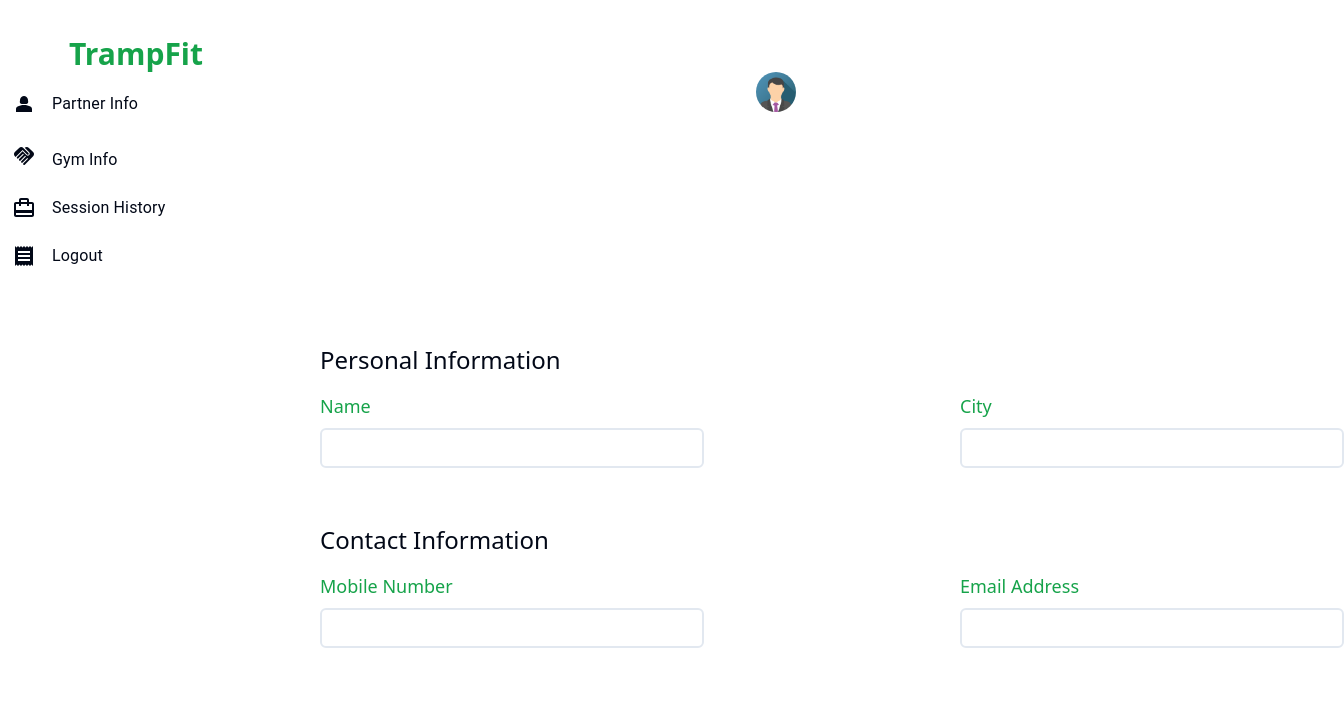
Repository: ezioxatul/TrampFit-Website
Page: /partner/partnerDashboard/partnerInfo (app in Frontend/)
The author's editor kept a copy of each file at every save. The page is drawn from the files as they stood at one save, then again after the next save.
The browser window is 1280 px wide. The page is 1344 px wide, so the pictures cover 1344 px, including what lies to the right of the window. The pictures show the whole page.
The project was rebuilt for these pictures with package versions that can differ from the ones it lists, and the page was loaded fresh each time. The framework's server and built-in components were replaced by stand-ins that run in the browser. Also part of the build but not shown: Frontend/next.config.js, Frontend/next.config.mjs, Frontend/components/Loader.js, Frontend/components/Popup.js.

Above is the page before, as saved 2024-05-16 17:51:50.

### Frontend/pages/_app.js
import Loader from "@/components/Loader";
import "@/styles/globals.css";
import { useRouter } from "next/router";
import { useEffect, useState } from "react";


const Loading = () => {

  return (
    <Loader/>
  );
}

export default function App({ Component, pageProps }) {

  const [loading, setLoading] = useState(false);
  const router = useRouter();

  useEffect(() => {
    const handleStart = () => setLoading(true);
    const handleComplete = () => setLoading(false);

    router.events.on('routeChangeStart', handleStart);
    router.events.on('routeChangeComplete', handleComplete);
    router.events.on('routeChangeError', handleComplete);

    return () => {
      router.events.off('routeChangeStart', handleStart);
      router.events.off('routeChangeComplete', handleComplete);
      router.events.off('routeChangeError', handleComplete);
    };
  }, []);

  return (
    <>
    <div className="h-2">
      {
        loading  &&
          <Loading />

      }
      </div>
          <Component {...pageProps} />

    </>
  );
}

### Frontend/pages/_document.js
import { Html, Head, Main, NextScript } from "next/document";

export default function Document() {
  return (
    <Html lang="en">
          <Head />
          <body>
            <Main />
            <NextScript />
          </body>
        </Html>
        );
}

### Frontend/pages/partner/partnerDashboard/partnerInfo.js
import PartnerSideBar from "@/components/PartnerSideBar";
import { Avatar } from "@mui/material";
import { Input } from "@/components/ui/input";
import { Label } from "@/components/ui/label";
import { useEffect, useState } from "react";
import { useRouter } from "next/router";
import { ToastContainer, toast } from "react-toastify";

export default function partnerInfo() {
    const inputClassName = "w-96 text-lg border-2";
    const labelClassName = "text-lg text-green-600 font-normal";
    const containerClassName = "ml-80";

    return (
        <>
            <div className="flex flex-col">
                <div className="flex">
                    <PartnerSideBar />
                        <Avatar className="w-36 mx-auto mt-16 h-36 text-6xl bg-black" src="/avtar.png" />
                </div>
                <div className="mt-3">
                    <h1 className={`${containerClassName} text-2xl mb-4`}>Personal Information</h1>
                    <div className={`${containerClassName} flex mb-10`}>
                        <div className="mr-32 space-y-2">
                            <Label htmlFor="name" className={labelClassName}>
                                Name
                            </Label>
                            <Input type="text" className={inputClassName} />
                        </div>
                        <div className="ml-32 space-y-2">
                            <Label htmlFor="city" className={labelClassName}>
                                City
                            </Label>
                            <Input type="text" className={inputClassName} />
                        </div>
                    </div>
                </div>
                <div>
                    <h1 className={`${containerClassName} text-2xl mb-4 mt-4`}>Contact Information</h1>
                    <div className={`${containerClassName} flex mb-10`}>
                        <div className="mr-32 space-y-2">
                            <Label htmlFor="name" className={labelClassName}>
                                Mobile Number
                            </Label>
                            <Input type="text" className={inputClassName} />
                        </div>
                        <div className="ml-32 space-y-2 mb-10">
                            <Label htmlFor="city" className={labelClassName}>
                                Email Address
                            </Label>
                            <Input type="text" className={inputClassName} />
                        </div>
                        <ToastContainer />
                    </div>
                </div>
            </div>
        </>
    );
}

### Frontend/styles/globals.css
@tailwind base;
@tailwind components;
@tailwind utilities;


@layer base {
  :root {
    --background: 0 0% 100%;
    --foreground: 222.2 84% 4.9%;

    --card: 0 0% 100%;
    --card-foreground: 222.2 84% 4.9%;

    --popover: 0 0% 100%;
    --popover-foreground: 222.2 84% 4.9%;

    --primary: 222.2 47.4% 11.2%;
    --primary-foreground: 210 40% 98%;

    --secondary: 210 40% 96.1%;
    --secondary-foreground: 222.2 47.4% 11.2%;

    --muted: 210 40% 96.1%;
    --muted-foreground: 215.4 16.3% 46.9%;

    --accent: 210 40% 96.1%;
    --accent-foreground: 222.2 47.4% 11.2%;

    --destructive: 0 84.2% 60.2%;
    --destructive-foreground: 210 40% 98%;

    --border: 214.3 31.8% 91.4%;
    --input: 214.3 31.8% 91.4%;
    --ring: 222.2 84% 4.9%;

    --radius: 0.5rem;
  }

  .dark {
    --background: 222.2 84% 4.9%;
    --foreground: 210 40% 98%;

    --card: 222.2 84% 4.9%;
    --card-foreground: 210 40% 98%;

    --popover: 222.2 84% 4.9%;
    --popover-foreground: 210 40% 98%;

    --primary: 210 40% 98%;
    --primary-foreground: 222.2 47.4% 11.2%;

    --secondary: 217.2 32.6% 17.5%;
    --secondary-foreground: 210 40% 98%;

    --muted: 217.2 32.6% 17.5%;
    --muted-foreground: 215 20.2% 65.1%;

    --accent: 217.2 32.6% 17.5%;
    --accent-foreground: 210 40% 98%;

    --destructive: 0 62.8% 30.6%;
    --destructive-foreground: 210 40% 98%;

    --border: 217.2 32.6% 17.5%;
    --input: 217.2 32.6% 17.5%;
    --ring: 212.7 26.8% 83.9%;
  }
}

@layer base {
  * {
    @apply border-border;
  }
  body {
    @apply bg-background text-foreground;
  }
}


.outline_remove:focus{


}
.focus-visible\:ring-offset-2:focus-visible{
  border:none !important;
  outline: none !important;
  border-style: none;
}

### Frontend/components/PartnerSideBar.js
import List from '@mui/material/List';
import ListItemButton from '@mui/material/ListItemButton';
import ListItemText from '@mui/material/ListItemText';
import Person2Icon from '@mui/icons-material/Person2';
import HandshakeIcon from '@mui/icons-material/Handshake';
import CardTravelIcon from '@mui/icons-material/CardTravel';
import ReceiptIcon from '@mui/icons-material/Receipt';
import LogoutIcon from '@mui/icons-material/Logout';

import { useState } from 'react';
import Link from 'next/link';
import Popup from './Popup';
import { useRouter } from 'next/router';

export default function PartnerSideBar() {

    let SideBarHeading = ['Partner Info', 'Gym Info', 'Session History', 'Logout'];

    let router = useRouter();
    let [start, setStart] = useState(false);

    const logout = () => {
        setStart(!start);
    }


    const logoutEvent = () => {
        localStorage.removeItem('partnerToken');
        setStart(false);
        router.push('/partner/partnerLogin')
    }
    return (
        <>
            <div className=" w-72  m-[-8px] p-1  mb-10">
                <Link href="#"><h1 className=' text-green-600 text-3xl font-semibold text-center mt-8 cursor-pointer'>TrampFit</h1></Link>

                <List className='bg-white mt-8 ml-6 space-y-2'>
                    {
                        SideBarHeading.map((text, index) => {
                            return (
                                index === 1 ?
                                    <>

                                        <ListItemButton className=' space-x-4 flex justify-between hover:bg-green-100 hover:rounded-2xl hover:text-green-600'>
                                            <Link href="#" className='flex space-x-4 '>
                                                <HandshakeIcon className='text-2xl' />
                                                <ListItemText primary={text} />
                                            </Link>
                                        </ListItemButton>

                                    </> :
                                    index === 0 ?
                                        <Link href="#">
                                            <ListItemButton className=' space-x-4 hover:bg-green-100 hover:rounded-2xl hover:text-green-600'>
                                                <Person2Icon className='text-2xl' />
                                                <ListItemText primary={text} />
                                            </ListItemButton>
                                        </Link> :
                                        index === 2 ?
                                            <Link href="#">
                                                <ListItemButton className=' space-x-4 hover:bg-green-100 hover:rounded-2xl hover:text-green-600'>
                                                    <CardTravelIcon className='text-2xl' />
                                                    <ListItemText primary={text} />
                                                </ListItemButton>
                                            </Link> :
                                            index === 3 ?
                                                <Link href="#">
                                                    <ListItemButton className=' space-x-4 hover:bg-green-100 hover:rounded-2xl hover:text-green-600'>
                                                        <ReceiptIcon className='text-2xl' />
                                                        <ListItemText primary={text} />
                                                    </ListItemButton>
                                                </Link> :
                                                <ListItemButton className=' space-x-4 hover:bg-green-100 hover:rounded-2xl hover:text-green-600' onClick={logout}>
                                                    <LogoutIcon className='text-2xl' />
                                                    <ListItemText primary={text} />
                                                    <Popup open={start} title={"Do you Really want to Logout?"} cancel="Cancel" logout="Logout" logoutEvent={logoutEvent} cancelEvent={logout} />
                                                </ListItemButton>
                            )
                        })
                    }
                </List>
            </div>
        </>
    );
}

### Frontend/tailwind.config.js
/** @type {import('tailwindcss').Config} */
module.exports = {
  darkMode: ["class"],
  content: [
    './pages/**/*.{js,jsx}',
    './components/**/*.{js,jsx}',
    './app/**/*.{js,jsx}',
    './src/**/*.{js,jsx}',
  ],
  prefix: "",
  theme: {
    container: {
      center: true,
      padding: "2rem",
      screens: {
        "2xl": "1400px",
      },
    },
    extend: {fontFamily: {
      play: ["Play", "sans-serif"],
    },
      colors: {
        border: "hsl(var(--border))",
        input: "hsl(var(--input))",
        ring: "hsl(var(--ring))",
        background: "hsl(var(--background))",
        foreground: "hsl(var(--foreground))",
        primary: {
          DEFAULT: "hsl(var(--primary))",
          foreground: "hsl(var(--primary-foreground))",
        },
        secondary: {
          DEFAULT: "hsl(var(--secondary))",
          foreground: "hsl(var(--secondary-foreground))",
        },
        destructive: {
          DEFAULT: "hsl(var(--destructive))",
          foreground: "hsl(var(--destructive-foreground))",
        },
        muted: {
          DEFAULT: "hsl(var(--muted))",
          foreground: "hsl(var(--muted-foreground))",
        },
        accent: {
          DEFAULT: "hsl(var(--accent))",
          foreground: "hsl(var(--accent-foreground))",
        },
        popover: {
          DEFAULT: "hsl(var(--popover))",
          foreground: "hsl(var(--popover-foreground))",
        },
        card: {
          DEFAULT: "hsl(var(--card))",
          foreground: "hsl(var(--card-foreground))",
        },
      },
      borderRadius: {
        lg: "var(--radius)",
        md: "calc(var(--radius) - 2px)",
        sm: "calc(var(--radius) - 4px)",
      },
      keyframes: {
        "accordion-down": {
          from: { height: "0" },
          to: { height: "var(--radix-accordion-content-height)" },
        },
        "accordion-up": {
          from: { height: "var(--radix-accordion-content-height)" },
          to: { height: "0" },
        },
      },
      animation: {
        "accordion-down": "accordion-down 0.2s ease-out",
        "accordion-up": "accordion-up 0.2s ease-out",
      },
    },
  },
  plugins: [require("tailwindcss-animate")],
}

Loaded but not shown: Frontend/components/ui/input.jsx (common file); Frontend/components/ui/label.jsx (common file); Frontend/lib/utils.js (common file)

After the next save:
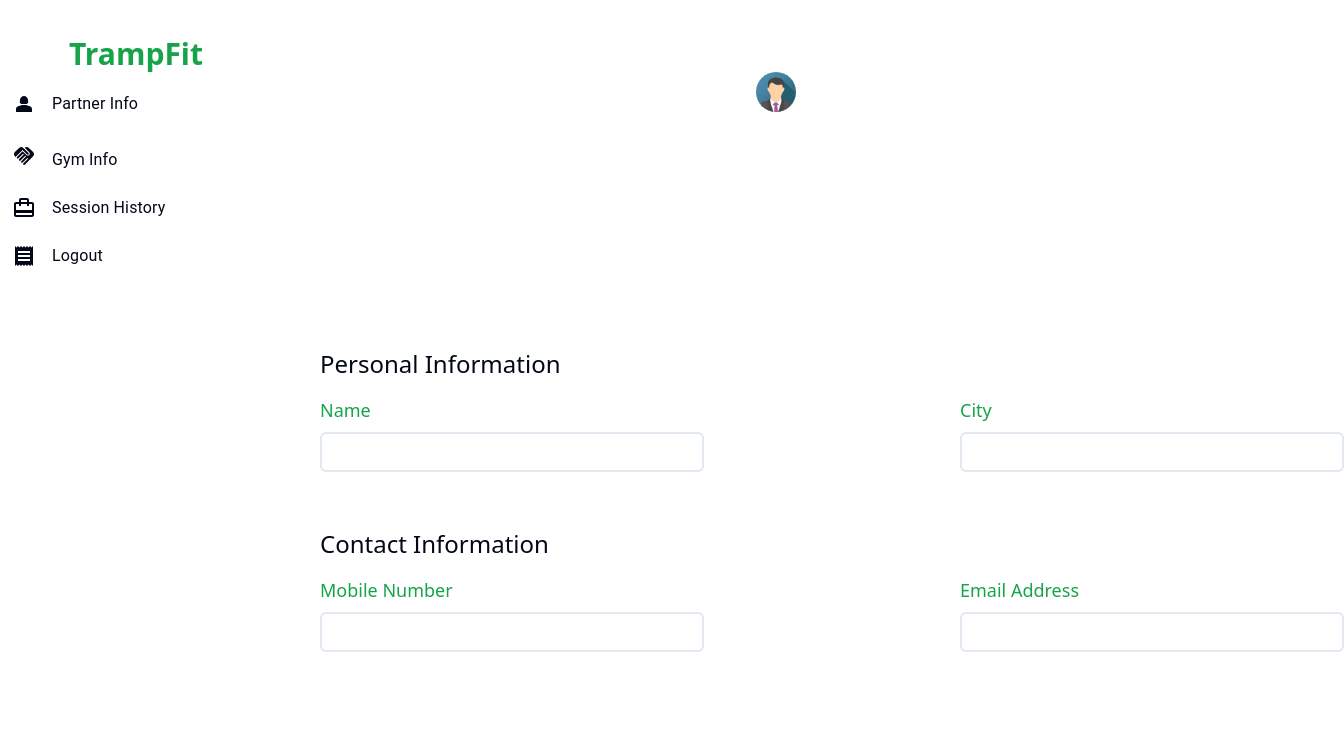
Saved 11 s later.
--- a/Frontend/pages/partner/partnerDashboard/partnerInfo.js
+++ b/Frontend/pages/partner/partnerDashboard/partnerInfo.js
@@ -18,7 +18,7 @@ export default function partnerInfo() {
                     <PartnerSideBar />
                         <Avatar className="w-36 mx-auto mt-16 h-36 text-6xl bg-black" src="/avtar.png" />
                 </div>
-                <div className="mt-3">
+                <div className=" mt-4">
                     <h1 className={`${containerClassName} text-2xl mb-4`}>Personal Information</h1>
                     <div className={`${containerClassName} flex mb-10`}>
                         <div className="mr-32 space-y-2">
